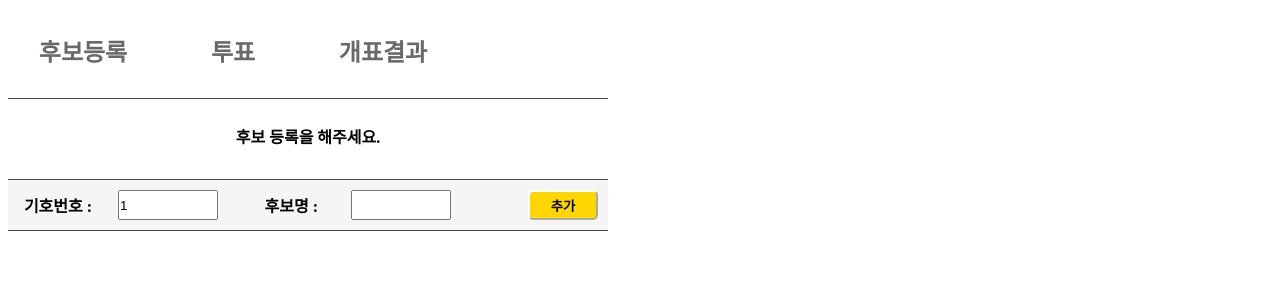
Repository: noheul1030/KOPO-HTML
Page: http://localhost/Tupyo/Tupyo/A_01_H.jsp
The author's editor kept a copy of each file at every save. The page is drawn from the files as they stood at one save, then again after the next save.
The browser window is 1280 px wide. The pictures show the whole page.
The page is served by Tomcat 9. Queries for data that is not in the repository find no rows.

Above is the page before, as saved 2023-06-04 05:26:56.

### Tupyo/src/main/webapp/Tupyo/A_01_H.jsp
<meta http-equiv="Content-Type" content="text/html; charset=utf-8" />

<%@ page language="java" contentType="text/html; charset=UTF-8" %>

<%@ page import="java.util.*" %> <!--java import-->
<%@ page import="java.io.*"%> <!--java import-->
<%@ page import="java.sql.*"%> <!--java import-->

<html>
    <head>
    	<style>
    		table {
    			text-align: center;
   				border: 0;
   				solid black;
   				width: 600px;
   				border-collapse: collapse;
   				cellspacing="1"}
    		th, td {
		    border-bottom: 1px solid #444444;
		    padding: 10px;
			}
			th:first-child, td:first-child {
			  border-left: none;
			}
    		a {text-decoration-line: none;  color: #696969;}
			h2:hover {
			 box-shadow: 0 0 40px 40px #ffd700 inset;
			}
    		h2,h4 {margin-top: 15px; text-align: center;}
    		.fourth {
			  background: gold;
			  border-color: white;
			  color: black;
			  background-image: linear-gradient(45deg, yellow 50%, transparent 50%);
			  background-position: 100%;
			  background-size: 400%;
			  transition: background 300ms ease-in-out;
			  border-radius: 5px;
			}

			.fourth:hover {
			  background-position: 0;
			}
    	</style>
    </head>
    <body>
<%
   		// DB연동
        Class.forName("com.mysql.jdbc.Driver");
		//Connection conn = DriverManager.getConnection("jdbc:mysql://192.168.23.60:3307/kopo11","root","shdmf1030@");
		Connection conn = DriverManager.getConnection("jdbc:mysql://localhost:3306/noheul","root","shdmf1030@");
        Statement stmt = conn.createStatement();

        stmt.execute("create table IF not exists HuboDB("
        + "name varchar(20)," // 타입 char
        + "id int not null primary key,"
        + "age varchar(20)) default charset = utf8;"); // 타입 int utf8로 작성 디폴트

		Statement stmt2 = conn.createStatement();

		stmt2.execute("create table IF not exists TupyoDB("
		        + "hubo varchar(20) not null," // 타입 char
		        + "age varchar(20)) default charset = utf8;"); // 타입 int utf8로 작성 디폴트

        // ID칼럼의 전체 count 조회
		ResultSet total = stmt.executeQuery("select count(*) from HuboDB where id;");
		int totalcnt = 0;
		while(total.next()){
			totalcnt = total.getInt(1);
		}

		// ID 최소값은 1
		int minID = 1;

		// ID칼럼의 count가 0일때(아직 아무 값도 안들어왔다는 뜻)
		if(totalcnt == 0){
			ResultSet idcount = stmt.executeQuery("select min(id) as minNum from HuboDB where (id+1) not in (select id from HuboDB);");

			while(idcount.next()){
				minID = idcount.getInt(1)+1;
			}
		}else{	// ID칼럼의 count가 0이 아닐때(값이 들어있다는 뜻)
			// ID칼럼의 전체 값 조회
			ResultSet idcount2 = stmt.executeQuery("select id from HuboDB");

			while (idcount2.next()) {
			    int currentID = idcount2.getInt("id"); // 현재 가져온 id 값
				// ID최소값과 currentID의 값이 일치하면 순서대로 있는 ID값 이므로 통과
			    if (minID == currentID) {
			    	minID++; // 다음 기대하는 id 값으로 업데이트
			    } else { // 칼럼 순회 중간에 빠진 값을 찾았으므로 break;
			        break;
			    }
			}
		}

%>
	  	<table>
    		<tr>
    			<td width = 25%><a align = center id="update" href="A_01_H.jsp" target="content"><h2>후보등록</h2></a></td>
    			<td width = 25%><a align = center id="vote" href="B_01_H.jsp" target="content"><h2>투표</h2></a></td>
    			<td width = 25%><a align = center id="result" href="C_01_H.jsp" target="content"><h2>개표결과</h2></a></td>
    			<td width = 25%></td>
    		</tr>
		</table>
		<form method = 'post'>
		<table>
			<tr><td colspan="5"><h4>후보 등록을 해주세요.</h4></td></tr>
			<tr>
				<td bgcolor=#f5f5f5 width=15% ><strong>기호번호 :</strong></td>

				<td bgcolor=#f5f5f5 align=left width=20% ><input type='text' name='HuboID' value='<%=minID%>'readonly style="width: 100px; height: 30px; padding: 0px;"></td>

				<td bgcolor=#f5f5f5 width=15% ><strong>후보명 :</strong></td>

				<td bgcolor=#f5f5f5 align=left width=20% ><input type='text' pattern="^[가-힣]+$" name="name" value='' title="한글만 입력하세요." required style="width: 100px; height: 30px; padding: 0px;"></td>

				<td bgcolor=#f5f5f5 align=right width = 20%>
  				<input class="fourth" type="submit" value="추가" align=right style="width: 70px; height: 30px; padding: 0px;font-weight: bold;" formaction = 'A_03_H.jsp'></td>
			</tr>
		</table>
		</form>
    </body>
</html>

After the next save:
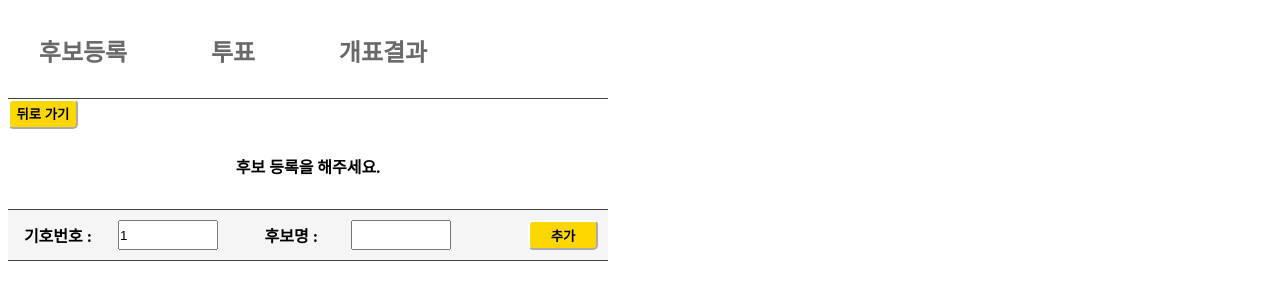
Saved 2 min 20 s later.
--- a/Tupyo/src/main/webapp/Tupyo/A_01_H.jsp
+++ b/Tupyo/src/main/webapp/Tupyo/A_01_H.jsp
@@ -106,7 +106,9 @@
 		</table>
 		<form method = 'post'>
 		<table>
-			<tr><td colspan="5"><h4>후보 등록을 해주세요.</h4></td></tr>
+			<tr><td colspan="5"><h4>후보 등록을 해주세요.</h4></td>
+				<input class="fourth" type="submit" value="뒤로 가기" style="width: 70px; height: 30px; padding: 0px;font-weight: bold;" formaction = 'A_03_H.jsp'></td>
+			</tr>
 			<tr>
 				<td bgcolor=#f5f5f5 width=15% ><strong>기호번호 :</strong></td>
 
